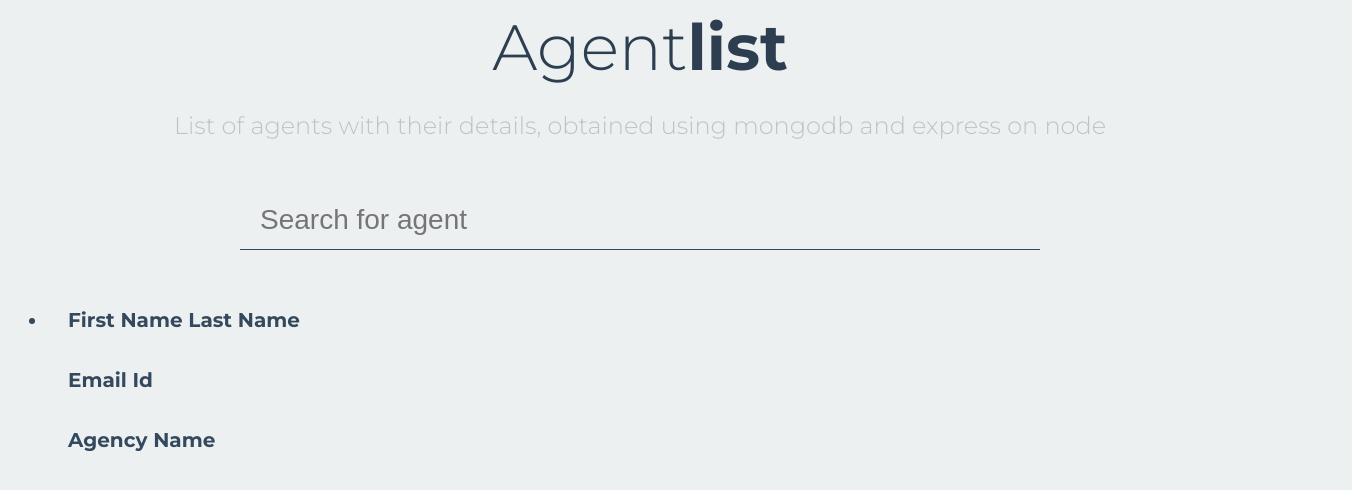
Repository: Anoofs/JsonListView
Page: http://localhost/
The author's editor kept a record of every edit. The page is drawn from the files as they stood at one moment, then again after the next edit.
The browser window is 1280 px wide. The page is 1352 px wide, so the pictures cover 1352 px, including what lies to the right of the window. The pictures show the whole page.
The page is served by the project's Node server (json_table/index.js). Other server files are loaded and not shown. Queries for data that is not in the repository find no rows.

Above is the page before.

### environment/json_table/views/index.html
<head>
    <link rel="stylesheet" href="app.css" type="text/css" />
    <script
      src="https://code.jquery.com/jquery-3.3.1.min.js"
      integrity="sha256-FgpCb/KJQlLNfOu91ta32o/NMZxltwRo8QtmkMRdAu8="
      crossorigin="anonymous">
    </script>
</head>

<body>
    <header>
        <h1>Agent<span>list</span></h1>
        <h2>List of agents with their details, obtained using mongodb and express on node</h2>
    </header>
    <section class="form">
        <input type="text" id="findInput" placeholder="Search for agent" >
    </section>
    <ul class="list">
        <li class="headRow">
            <th class="firstName">
                First Name
            </th>
            <th class="lastName">
                Last Name
            </div>
            <div class="email">
                Email Id
            </div>
            <div class="agency">
                Agency Name
            </div>
        </li>
    </ul>

<script type="text/javascript" src="app.js"></script>
</body>

### environment/json_table/index.js
const express = require('express'),
    app = express(),
    bodyParser = require('body-parser');

const port = process.env.PORT;

const agentRoutes = require('./routes/agentRoutes');

app.use(bodyParser.json());
app.use(bodyParser.urlencoded({extended: true}));
app.use('/api/agents', agentRoutes);
app.use(express.static(__dirname + '/views'));
app.use(express.static(__dirname + '/public'));

app.listen(port, () => {
    console.log("App is running on port " + port);
});

app.get('/', (req, res) => {
    res.sendFile("index.html");
});

### environment/json_table/public/app.css
@import url('https://fonts.googleapis.com/css?family=Montserrat:300,400,700');

body {
    font-family: 'Montserrat', sans-serif;
    background: #ecf0f1;
}

header {
    text-align: center;
}

header h1 {
    font-size: 64px;
    font-weight: 300;
    margin: 0 0 25px;
    color: #2c3e50;
}

header h1 span {
    font-weight: 700;
}

header h2 {
    color: #bdc3c7;
    font-weight: 300;
}

.form {
    width: 800px;
    margin: 50px auto 20px;
}

#findInput {
    width: 100%;
    height: 60px;
    background: none;
    border: none;
    border-bottom: 1px solid #34495e;
    outline: none;
    font: 300 28px 'Ubuntu', sans-serif;
    padding: 20px;
    color: #34495e;
}

.list {
    width: 100%;
    margin: 40px auto;
}

.headRow {
    width: 100%;
    height: 60px;
    line-height: 60px;
    font-size: 20px;
    padding: 0 20px;
    color: #34495e;
    font-weight: bold;
}

.agent {
    width: 100%;
    height: 60px;
    line-height: 60px;
    font-size: 20px;
    padding: 0 20px;
    color: #34495e;
    transition: all .3s ease;
    text-align: center;
}

.agent:hover {
    background: rgba(0, 0, 0, 0.2);
    cursor: pointer;
}

.agent:hover span {
    opacity: 1;
}

### environment/json_table/public/app.js
$(document).ready(function() {
    $.getJSON("/api/agents")
    .then(addAgents);

    $('#findInput').keyup((event) => {
        if($('#findInput').val()!="") {
            searchAgents();
        }
        else {
            $.getJSON("/api/agents")
            .then(addAgents);
        }
    })
});

function addAgents(agents) {
    agents.forEach(function(agent) {
        var newAgent = $('<tr class="agent">' +
                            '<td>' + agent.firstname + '</td>' +
                            '<td>' + agent.lastname + '</td>' +
                            '<td>' + agent.email + '</td>'  +
                            '<td>' + agent.agency_name + '</td>' +
                        '</tr>');
        $('.list').append(newAgent);
    });
}

function searchAgents() {
    var searchText = $('#findInput').val();
    $.get('/api/agents/find', {search: searchText})
    .then(function(agents) {
        $('.list').empty();
        agents.forEach((agent) => {
            var newAgent = $('<tr class="agent">' +
                    '<td>' + agent.firstname + '</td>' +
                    '<td>' + agent.lastname + '</td>' +
                    '<td>' + agent.email + '</td>'  +
                    '<td>' + agent.agency_name + '</td>' +
                '</tr>');
            $('.list').append(newAgent);
        });
    })
    .catch(function(err) {
        console.log(err);
    })
}

// '<tr class="headRow"><th class="firstName">First Name</th><th class="lastName">Last Name</th><th class="email">Email Id</th><th class="agency">Agency Name</th></tr>'

// <tr class="headRow">
//     <th class="firstName">
//         First Name
//     </th>
//     <th class="lastName">
//         Last Name
//     </th>
//     <th class="email">
//         Email Id
//     </th>
//     <th class="agency">
//         Agency Name
//     </th>
// </tr>

### environment/json_table/routes/agentRoutes.js
const express = require('express');
const router = express.Router();
const db = require('../models');

router.get('/', function(req, res) {
    db.Agents.find().limit(50)
    .then((agents) => {
        res.json(agents);
    })
    .catch((err) => {
        res.send(err);
    })
});

router.get('/find', function(req, res) {
    db.Agents.find({ $text: { $search: req.query.search } })
    .then((agents) => {
        res.send(agents);
    })
    .catch((err) => {
        res.send(err);
    })
})

module.exports = router;

After the next edit:
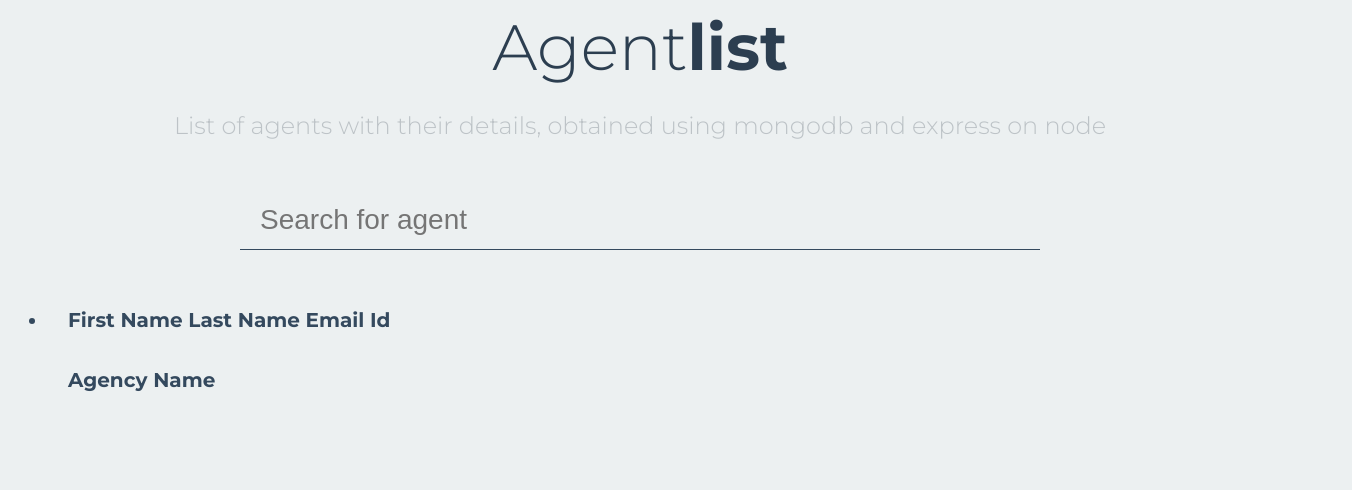
The edit:
--- a/environment/json_table/views/index.html
+++ b/environment/json_table/views/index.html
@@ -22,8 +22,8 @@
             </th>
             <th class="lastName">
                 Last Name
-            </div>
-            <div class="email">
+            </th>
+            <th class="email">
                 Email Id
             </div>
             <div class="agency">
